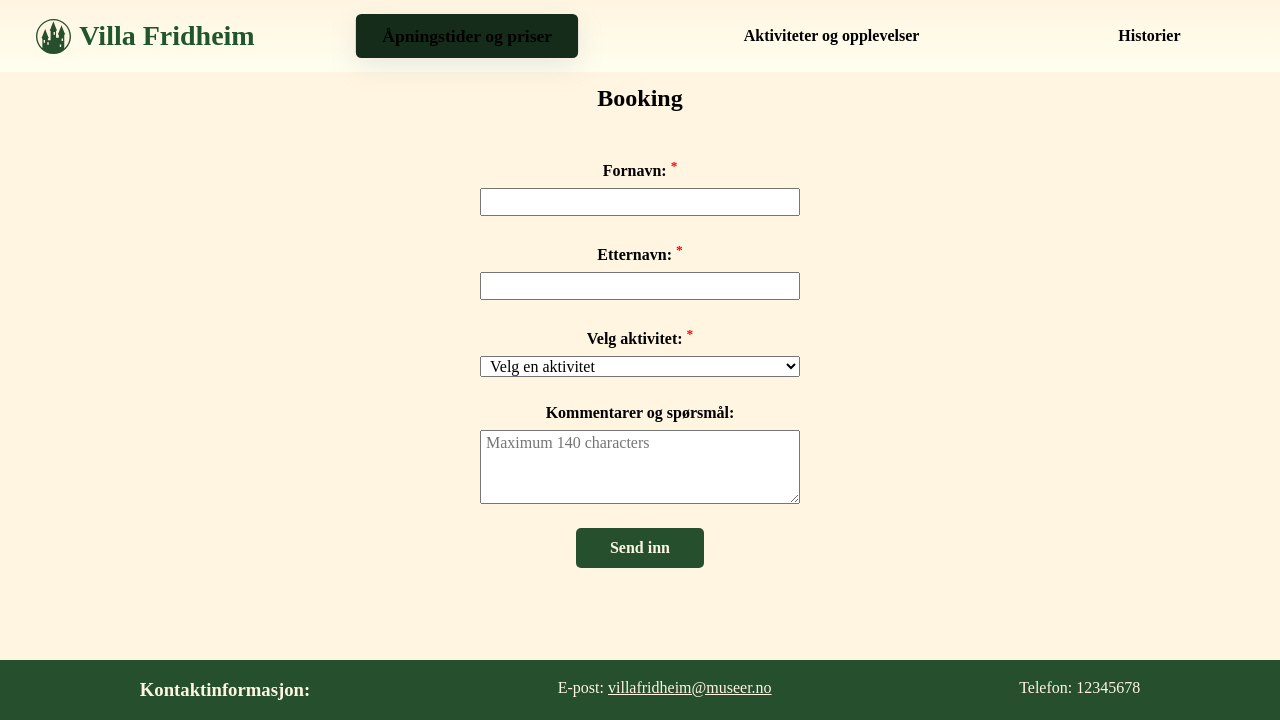
Repository: IdaHolmen/villa-fridheim
Page: src/booking.html
The author's editor kept a copy of each file at every save. The page is drawn from the files as they stood at one save, then again after the next save.
The browser window is 1280 px wide. The pictures show the whole page.
The first visible `.nav-link` is being pressed.
Some web fonts or font styles are not loaded; a fallback is used.

Above is the page before, as saved 2024-10-12 16:27:07.

### src/booking.html
<!DOCTYPE html>
<html lang="en">
    <head>
        <meta charset="UTF-8" />
        <meta name="viewport" content="width=device-width, initial-scale=1.0" />

        <link rel="icon" type="image/x-icon" href="../assets/villa-fridheim-logo.svg" />

        <title>Villa Fridheim</title>
        <link rel="stylesheet" type="text/css" href="../css/reset.css" />
        <link rel="stylesheet" type="text/css" href="../css/style.css" />
        <link rel="stylesheet" type="text/css" href="../css/media-queries.css" />
    </head>
    <body>
        <header>
            <div class="headline-container">
                <a href="../index.html" id="home-button">
                    <img src="../assets/villa-fridheim-logo.svg" alt="Omrisset av et eventyrslott" class="main-logo" />
                    <h1 class="main-headline">Villa Fridheim</h1>
                </a>
            </div>

            <nav class="nav-bar">
                <a href="../index.html" class="nav-link">Åpningstider og priser</a>
                <a href="./activities.html" class="nav-link">Aktiviteter og opplevelser</a>
                <a href="./stories.html" class="nav-link">Historier</a>
            </nav>
        </header>

        <main class="booking-container">
            <h2 class="section-headline">Booking</h2>

            <form class="booking-form">
                <label for="first-name">
                    Fornavn:
                    <sup>*</sup>
                </label>
                <input type="text" />

                <label for="last-name">
                    Etternavn:
                    <sup>*</sup>
                </label>
                <input type="text" />

                <label for="select">
                    Velg aktivitet:
                    <sup>*</sup>
                </label>
                <select name="activity-select" id="activity-select">
                    <option>Velg en aktivitet</option>
                    <option>Kano, 1 time</option>
                    <option>Kano, hel dag</option>
                    <option>Guidet tur</option>
                    <option>Guidet tur, skoleklasse</option>
                </select>

                <label for="comments">Kommentarer og spørsmål:</label>
                <textarea
                    name="comment-input"
                    id="comment-input"
                    cols="30"
                    rows="3"
                    placeholder="Maximum 140 characters"
                ></textarea>

                <button type="submit" id="submit-button">Send inn</button>
            </form>
        </main>

        <footer class="footer">
            <h3>Kontaktinformasjon:</h3>
            <p>
                E-post:
                <a href="" id="email-element">villafridheim@museer.no</a>
            </p>
            <p>Telefon: 12345678</p>
        </footer>
    </body>
</html>

### css/reset.css
*, *::before, *::after {
	box-sizing: border-box;
  }

* {
	margin: 0;
	padding: 0;
}

body {
	line-height: 1.5;
	-webkit-font-smoothing: antialiased;
}

img, picture, video, canvas, svg {
	display: block;
	max-width: 100%;
}

input, textarea, select {
	font: inherit;
}

p, h1, h2, h3, h4, h5, h6 {
	overflow-wrap: break-word;
}

#root, #__next {
	isolation: isolate;
}

button {
	font: inherit;
	background: transparent;
	border: none;
	cursor: pointer;
	touch-action: manipulation;
}

a {
	color: inherit;
	text-decoration: none;
}

### css/style.css
@import url('https://fonts.googleapis.com/css2?family=Caudex:ital,wght@0,400;0,700;1,400;1,700&display=swap');

/* BODY STYLING */
body {
    height: 100vh;
    width: 100%;
    display: flex;
    flex-direction: column;
    background-color: #fff5e1;
    font-family: 'Caudex', 'Times New Roman', Times, serif;
}

/* HEADER STYLING */
header {
    display: flex;
    flex-direction: row;
    justify-content: center;
    align-items: center;
    background: linear-gradient(180deg, rgba(255, 245, 225, 1) 0%, rgba(255, 254, 239, 1) 100%);
    color: #20562b;
    flex-basis: 10%;
}

.headline-container {
    flex-basis: 25%;
    display: flex;
    justify-content: center;
    align-items: center;
    flex-direction: row;
}

.main-headline {
    font-size: 1.75rem;
}

.main-logo {
    height: 35px;
    width: 35px;
    margin-right: 0.5rem;
}

.nav-bar {
    flex-basis: 85%;
    color: black;
    display: flex;
    justify-content: space-around;
    flex-direction: row;
    text-align: center;
    margin: 0;
}

.nav-link {
    text-decoration: none;
    color: black;
    padding: 0.5rem 1.5rem;
    font-weight: bold;
    margin: 1rem;
    border-radius: 5px;
    display: flex;
    transition: transform 0.2s ease-in-out;
}

.nav-link:hover {
    box-shadow: rgba(149, 157, 165, 0.2) 0px 8px 24px;
    transform: scale(1.1);
}

.nav-link:active {
    background-color: #162c1b;
}

#home-symbol {
    margin-right: 0.5rem;
    width: 25px;
    height: 25px;
}

/* FRONT PAGE STYLING */
.section-headline {
    font-size: 1.5rem;
    margin: 0.5rem;
}

.main-container {
    flex-basis: 85%;
}

.about-section {
    width: 100%;
    height: 100%;
    display: flex;
}

.about-text {
    flex-basis: 50%;
    display: flex;
    flex-direction: column;
    justify-content: center;
    padding: 24px;
}

.about-text > p {
    margin: 0.5rem 0;
}

.image-container {
    flex-basis: 50%;
}

.front-page-image {
    height: 100%;
    object-fit: cover;
}

/* STYLING FOR INFO PAGE */
.main-info-container {
    flex-basis: 85%;
    display: flex;
    flex-direction: row;
    align-items: center;
}

.info-text-container {
    flex-basis: 50%;
    height: 100%;
    padding: 24px;
}

.info-image-container {
    flex-basis: 50%;
    height: 100%;
    padding: 24px;
    display: flex;
    align-items: center;
}

.opening-hours-section,
.directions-section,
.prices-section {
    margin-bottom: 1rem;
}

.hours,
.price-element {
    margin: 1rem 0;
}

.price-element {
    width: 90%;
    display: flex;
    flex-direction: row;
    align-items: center;
    justify-content: space-between;
    font-size: 1rem;
}

/* STYLING FOR ACTIVITIES PAGE */
#home-button {
    display: flex;
    align-items: center;
}

.main-activities-container {
    flex-basis: 85%;
    display: flex;
    flex-direction: column;
    align-items: center;
}

.activities-section {
    display: flex;
    flex-direction: row;
}

.activities {
    display: flex;
    flex-direction: column;
}

.activities > p {
    margin-top: 0.5rem;
}

.bold-text {
    font-weight: 900;
    margin: 0.5rem 0;
}

.canoe-image {
    width: 100%;
    margin-bottom: 1rem;
}

/* FOOTER */
footer {
    background-color: #264f2e;
    color: #fff5e1;
    flex-basis: 5%;
    display: flex;
    flex-direction: row;
    justify-content: space-around;
    padding: 1rem;
    font-size: 1rem;
}

a#email-element {
    text-decoration: underline;
}

/* STYLING FOR BOOKING PAGE */
.booking-container {
    flex-basis: 85%;
    display: flex;
    flex-direction: column;
    justify-content: center;
    align-items: center;
}

.booking-form {
    display: flex;
    flex-direction: column;
    align-items: center;
    height: 100%;
    margin-top: 2rem;
}

input,
select,
textarea {
    margin-bottom: 1.5rem;
    width: 20rem;
    padding-left: 5px;
}

label {
    font-weight: bold;
    margin-bottom: 0.3rem;
}

sup {
    color: red;
}

#submit-button {
    background-color: #264f2e;
    color: #fff5e1;
    width: 8rem;
    padding: 0.5rem 1.5rem;
    font-weight: bold;
    border-radius: 5px;
    transition: transform 0.2s ease-in-out;
}

#submit-button:hover {
    background-color: #276934;
    transform: scale(1.1);
}

#submit-button:active {
    background-color: #162c1b;
}

### css/media-queries.css
@media screen and (max-width: 1000px) {
    header {
        flex-direction: column;
    }

    .nav-bar {
        align-items: center;
    }

    .nav-link {
        max-width: 16rem;
        margin: 0.5rem;
    }

    .about-section {
        flex-direction: column;
        align-items: center;
    }

    .main-info-container {
        flex-direction: column;
    }

    .activities-section {
        flex-direction: column;
    }
}

@media screen and (max-width: 700px) {
    .footer {
        flex-direction: column;
        align-items: center;
    }

    .nav-bar {
        flex-direction: column;
    }
}

After the next save:
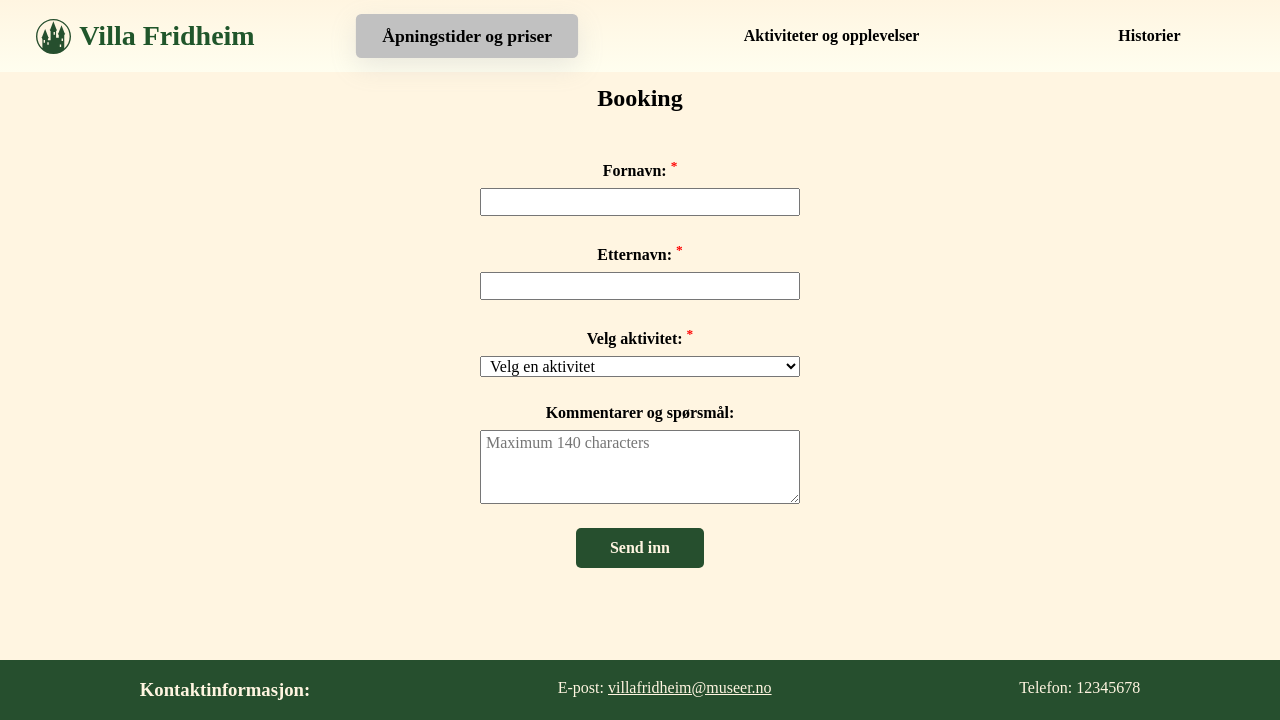
Saved 30 s later.
--- a/css/style.css
+++ b/css/style.css
@@ -66,7 +66,7 @@ header {
 }
 
 .nav-link:active {
-    background-color: #162c1b;
+    background-color: #c1c1c1;
 }
 
 #home-symbol {
